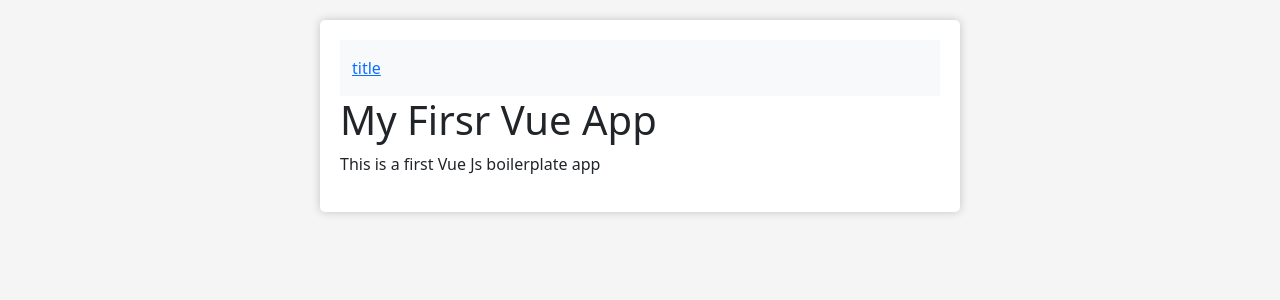
Repository: feyroozecode/intro-vue3-app
Page: index.html
An editor plug-in stored every save of this project. The page is shown before and after the next save, followed by the edit.
The browser window is 1280 px wide. The pictures show the whole page.

Above is the page before, as saved 2023-08-13 13:50:34.

After the next save:
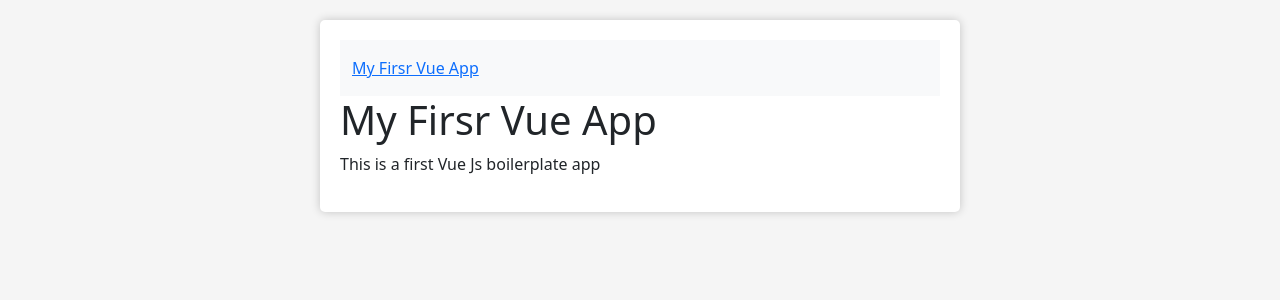
Saved 6 s later.
--- a/index.html
+++ b/index.html
@@ -28,7 +28,7 @@
     <div id="app">
         <nav class="navbar navbar-expand-lg navbar-light bg-light">
             <div class="container-fluid">
-                <a href="#" class="navbar brand"> title </a>
+                <a href="#" class="navbar brand"> {{ title }} </a>
                 <ul class="navbar-nav me-auto mb-2 mb-lg-0">
                     <a class="nav-link" aria-current="page" href="#"></a>
                 </ul>
